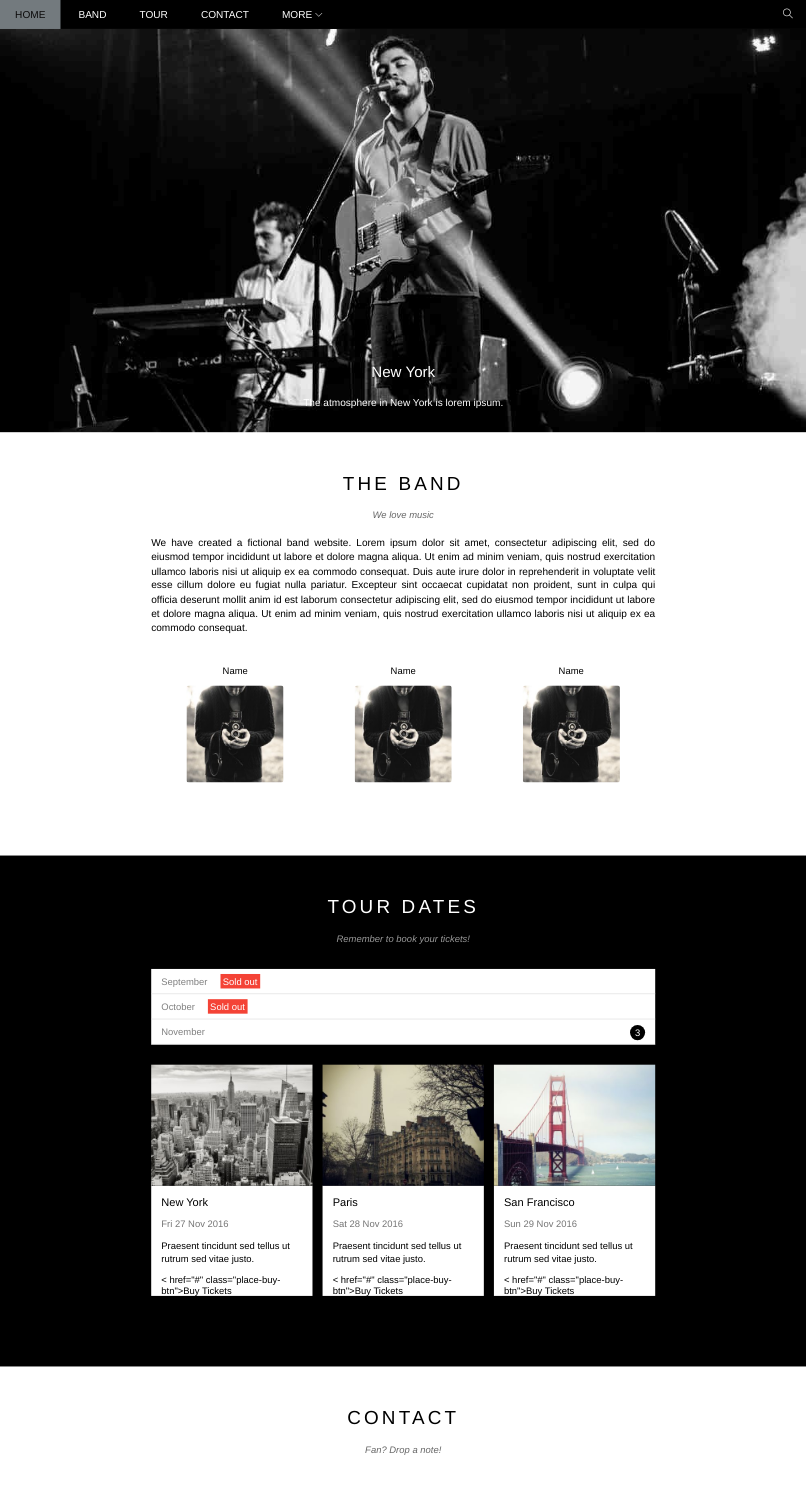
Repository: anhviet-key/hello-cac-ban
Page: HTMS_CSS ZERO 0/index.html
An editor plug-in stored every save of this project. The page is shown before and after the next save, followed by the edit.
The browser window is 1280 px wide. The pictures show the whole page, at 63% of full size.

Above is the page before, as saved 2021-10-08 13:25:22.

### HTMS_CSS ZERO 0/index.html
<!DOCTYPE html>
<html lang="en">

<head>
    <meta charset="UTF-8">
    <meta http-equiv="X-UA-Compatible" content="IE=edge">
    <meta name="viewport" content="width=device-width, initial-scale=1.0">
    <title>Document</title>
    <link rel="stylesheet" href="./assets/css/style.css">
    <link rel="stylesheet" href="./assets/icon/themify-icons/themify-icons.css">
</head>

<body>
    <!--TODO: Let`s go-->
    <div id="main">
        <div id="header">
            <ul id="nav">
                <li>
                    <a href="#">Home</a>
                </li>
                <li>
                    <a href="#">Band</a>
                </li>
                <li>
                    <a href="#">Tour</a>
                </li>
                <li>
                    <a href="#">Contact</a>
                </li>
                <li>
                    <a href="#">
                        More
                        <i class="nav-down ti-angle-down"></i>
                    </a>
                    <ul class="subnav">
                        <li>
                            <a href="">Merchandise</a>
                        </li>
                        <li>
                            <a href="">Extras</a>
                        </li>
                        <li>
                            <a href="">Media</a>
                        </li>
                    </ul>
                </li>
            </ul>
            <div class="search-btn">
                <i class="search-icon ti-search"></i>
            </div>
        </div>
        <div id="slider">
            <div class="text-content">
                <h2 class="text-heading">New York</h2>
                <p class="text-decoration">The atmosphere in New York is lorem ipsum.</p>
            </div>
        </div>
        <div id="content">
            <!-- The band -->
            <div class="content-section">
                <h2 class="section-heading">THE BAND</h2>
                <p class="sub-heading">We love music</p>
                <p class="about-text">We have created a fictional band website. Lorem ipsum dolor sit amet, consectetur adipiscing elit, sed do eiusmod tempor incididunt ut labore et dolore magna aliqua. Ut enim ad minim veniam, quis nostrud exercitation ullamco laboris nisi
                    ut aliquip ex ea commodo consequat. Duis aute irure dolor in reprehenderit in voluptate velit esse cillum dolore eu fugiat nulla pariatur. Excepteur sint occaecat cupidatat non proident, sunt in culpa qui officia deserunt mollit anim
                    id est laborum consectetur adipiscing elit, sed do eiusmod tempor incididunt ut labore et dolore magna aliqua. Ut enim ad minim veniam, quis nostrud exercitation ullamco laboris nisi ut aliquip ex ea commodo consequat.</p>
                <div class="member-list">
                    <div class="member-item">
                        <p class="member-name">Name</p>
                        <img src="./assets/img/bandmember.jpg" alt="error" class="member-img">
                    </div>
                    <div class="member-item">
                        <p class="member-name">Name</p>
                        <img src="./assets/img/bandmember.jpg" alt="error" class="member-img">
                    </div>
                    <div class="member-item">
                        <p class="member-name">Name</p>
                        <img src="./assets/img/bandmember.jpg" alt="error" class="member-img">
                    </div>
                    <div class="clear"></div>
                </div>
            </div>
            <!-- Tour -->
            <div class="tour-section">
                <div class="content-section">
                    <h2 class="section-heading">TOUR DATES</h2>
                    <p class="sub-heading">Remember to book your tickets!</p>
                    <!-- Tickit  -->
                    <ul class="ticket-list">
                        <li>September <span class="Sold-out">Sold out</span></li>
                        <li>October <span class="Sold-out">Sold out</span></li>
                        <li>November <span class="quantity">3</span></li>
                    </ul>
                    <!-- Places   -->
                    <div class="place-list">
                        <div class="place-item">
                            <img src="./assets/img/Places/newyork.jpg" alt="newyork" class="place-img">
                            <div class="place-content">
                                <h3 class="place-heading">New York</h3>
                                <p class="place-time">Fri 27 Nov 2016</p>
                                <p class="place-desc">Praesent tincidunt sed tellus ut rutrum sed vitae justo.</p>
                                < href="#" class="place-buy-btn">Buy Tickets
                                    </>
                            </div>
                        </div>
                        <div class="place-item">
                            <img src="./assets/img/Places/paris.jpg" alt="paris" class="place-img">
                            <div class="place-content">
                                <h3 class="place-heading">Paris</h3>
                                <p class="place-time">Sat 28 Nov 2016</p>
                                <p class="place-desc">Praesent tincidunt sed tellus ut rutrum sed vitae justo.</p>
                                < href="#" class="place-buy-btn">Buy Tickets
                                    </>
                            </div>
                        </div>
                        <div class="place-item">
                            <img src="./assets/img/Places/sanfran.jpg" alt="sanfran" class="place-img">
                            <div class="place-content">
                                <h3 class="place-heading">San Francisco</h3>
                                <p class="place-time">Sun 29 Nov 2016</p>
                                <p class="place-desc">Praesent tincidunt sed tellus ut rutrum sed vitae justo.</p>
                                < href="#" class="place-buy-btn">Buy Tickets
                                    </>
                            </div>
                        </div>
                        <div class="clear"></div>
                    </div>

                </div>
            </div>
            <!-- Contact -->
            <div class="content-section">
                <h2 class="section-heading">CONTACT</h2>
                <p class="sub-heading">Fan? Drop a note!</p>
            </div>
        </div>
        <div id="footer">
            <div>

            </div>
        </div>

    </div>
    <div class="model">
        <div class="model-container">
            <div class="model-close">
                <i class="ti-close"></i>
            </div>
            <header class="model-header">
                <i class="ti-bag"></i> Tickets
            </header>
            <div class="model-body">
                <label for="tiket-number" class="model-label">
                    <i class="ti-shopping-cart"></i>
                    Tickets, $15 per person
                </label>
                <input id="tiket-number" class="model-input" placeholder="How many?"></input>

                <label for="tiket-email" class="model-label">
                    <i class="ti-user"></i>
                    Send to
                </label>
                <input id="tiket-email" class="model-input" placeholder="Enter emal..."></input>
                <button id="buy-tickets">
                    Pay
                    <i class="ti-check"></i>
                </button>
            </div>
            <footer class="model-footer">
                <p class="model-help">Need
                    <a href="#">help?</a>
                </p>
            </footer>
        </div>
    </div>
</body>

</html>

### HTMS_CSS ZERO 0/assets/css/style.css
* {
    margin: 0;
    padding: 0;
    box-sizing: border-box;
}

html {
    font-family: helvetica, arial, sans-serif;
}

.clear {
    clear: both;
}

#main {}

#header {
    height: 46px;
    background-color: black;
    position: sticky;
    top: 0;
    left: 0;
    right: 0;
    z-index: 1;
    /* fixed, width: 100%; */
}

#nav {
    display: inline-block;
}

#nav,
.subnav {
    list-style-type: none;
}

#nav>li {
    display: inline-block;
    position: relative;
}

#nav>li>a {
    color: #fff;
    text-transform: uppercase;
}

#nav li a {
    /* color: #fff; */
    text-decoration: none;
    line-height: 46px;
    padding: 0px 24px;
    display: block;
}

#nav>li:hover>a,
#nav .subnav li:hover a {
    color: rgb(12, 11, 11);
    background-color: rgb(115, 122, 126);
}

#nav .subnav {
    display: none;
    position: absolute;
    background-color: #fff;
    box-shadow: 0 0 10px rgba(0, 0, 0, 0.3);
    min-width: 160px;
}

#nav .subnav a {
    color: black;
    padding: 0px 12px;
    line-height: 38px;
}

#header .search-icon {
    color: #fff;
    /* font-size: 25px; */
}

#header .search-btn {
    line-height: 47px;
    float: right;
    padding: 0px 21px;
    cursor: pointer;
}

.search-btn:hover {
    background-color: #f44336;
}

#nav li:hover .subnav {
    display: block;
}

#nav .nav-down {
    font-size: 12px;
}

#slider {
    position: relative;
    padding-top: 50%;
    background: url('/assets/img/slider/chicago.jpg') top center /cover no-repeat;
}

#slider .text-content {
    position: absolute;
    bottom: 38px;
    color: #fff;
    width: 100%;
    text-align: center;
}

#slider .text-heading {
    font-weight: 400;
    font-size: 24px;
}

#slider .text-decoration {
    margin-top: 25px;
}

#content {
    height: 1000px;
    background-color: white;
}

#content .content-section {
    width: 800px;
    margin-left: auto;
    margin-right: auto;
    padding: 64px 0px;
}

#content .section-heading {
    font-weight: 500;
    font-size: 30px;
    text-align: center;
    letter-spacing: 5px;
}

#content .sub-heading {
    font-size: 15px;
    text-align: center;
    margin-top: 25px;
    font-style: italic;
    opacity: 0.6;
}

#content .about-text {
    margin-top: 25px;
    text-align: justify;
    line-height: 1.4;
}

#content .member-list {
    padding: 48px 0px;
}

#content .member-item {
    float: left;
    width: calc(100%/3);
    text-align: center;
}

#content .member-name {
    font-size: 15px;
}

#content .member-img {
    margin-top: 15px;
    width: 154px;
    border-radius: 4px;
}

.tour-section {
    background-color: black;
    color: white;
}

.ticket-list {
    background-color: white;
    color: gray;
    list-style-type: none;
    margin-top: 40px;
}

.ticket-list li {
    font-size: 15px;
    padding: 11px 16px;
    border-bottom: 1px solid #ddd;
}

.ticket-list .Sold-out {
    background-color: #f44336;
    color: white;
    padding: 3px 4px;
    margin-left: 16px;
}

.ticket-list .quantity {
    float: right;
    background-color: black;
    width: 24px;
    height: 24px;
    border-radius: 50%;
    color: white;
    text-align: center;
    line-height: 24px;
    margin-top: -2px;
}

.place-list {
    margin: 32px -8px 48px;
}

.place-item {
    /* padding: 0px 16px; */
    float: left;
    width: calc(100%/3);
    padding: 0px 8px;
}

.place-img:hover {
    opacity: 0.6;
}

.place-img {
    width: 100%;
    display: block;
}

.place-content {
    background-color: white;
    color: black;
    padding: 16px 16px 0px 16px;
    font-size: 15px;
}

.place-heading {
    font-weight: 500;
}

.place-time {
    margin: 15px 0px;
    color: #757575;
}

.place-desc {
    margin: 15px 0px;
    line-height: 1.4;
}

.place-buy-btn {
    padding: 10px 15px;
    background-color: rgb(0, 0, 0);
    text-decoration: none;
    color: #fff;
    display: inline-block;
    margin-bottom: 16px;
}

.place-buy-btn:hover {
    background-color: #ccc;
    color: black;
}

.model {
    position: fixed;
    left: 0;
    right: 0;
    top: 0;
    bottom: 0;
    background-color: rgba(0, 0, 0, 0.4);
    align-items: center;
    justify-content: center;
    display: none;
}

.model.open {
    display: flex;
}

.model-container {
    background-color: #fff;
    width: 900px;
    max-width: calc(100% - 32px);
    /*thu lớn nhỏ và calc(100% - 32px) 32px là khoan trắng 2 bên model 16+16 */
    min-height: 200px;
    position: relative;
}

.ti-bag {
    margin-right: 16px;
}

.model-header {
    font-size: 30px;
    background-color: #009688;
    height: 130px;
    display: flex;
    align-items: center;
    justify-content: center;
    color: #fff;
}

.model-close {
    position: absolute;
    right: 0;
    top: 0;
    color: #fff;
    padding: 12px;
    cursor: pointer;
    opacity: 0.6;
}

.model-close:hover {
    opacity: 1;
}

.model-body {
    padding: 16px;
}

.model-label {
    font-size: 15px;
    display: block;
    margin-bottom: 12px;
}

.model-input {
    border: 1px solid #ccc;
    width: 100%;
    padding: 10px;
    margin-bottom: 24px;
}

#buy-tickets {
    background-color: #009688;
    border: none;
    width: 100%;
    font-size: 15px;
    text-transform: uppercase;
    padding: 18px;
    color: #fff;
    cursor: pointer;
}

#buy-tickets:hover {
    opacity: 0.9;
}

.model-footer {
    padding: 16px;
    text-align: right;
}

.model-footer a {
    /* text-decoration: none; */
    color: blue;
}

# #footer

Loaded but not shown: HTMS_CSS ZERO 0/assets/icon/themify-icons/themify-icons.css (common file)

After the next save:
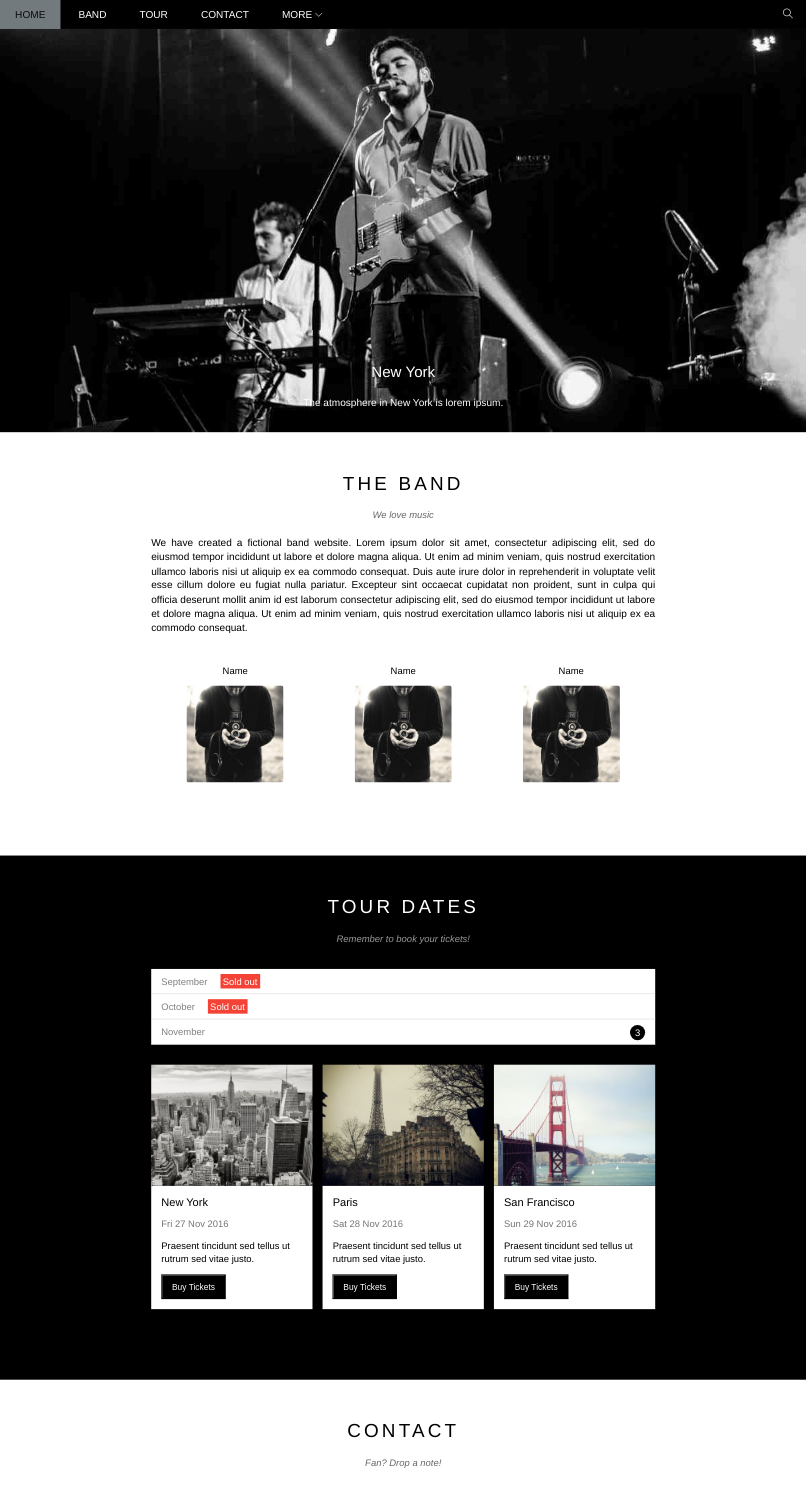
Saved 18 s later.
--- a/HTMS_CSS ZERO 0/index.html
+++ b/HTMS_CSS ZERO 0/index.html
@@ -98,8 +98,7 @@
                                 <h3 class="place-heading">New York</h3>
                                 <p class="place-time">Fri 27 Nov 2016</p>
                                 <p class="place-desc">Praesent tincidunt sed tellus ut rutrum sed vitae justo.</p>
-                                < href="#" class="place-buy-btn">Buy Tickets
-                                    </>
+                                <Button href="#" class="place-buy-btn">Buy Tickets</>
                             </div>
                         </div>
                         <div class="place-item">
@@ -108,8 +107,7 @@
                                 <h3 class="place-heading">Paris</h3>
                                 <p class="place-time">Sat 28 Nov 2016</p>
                                 <p class="place-desc">Praesent tincidunt sed tellus ut rutrum sed vitae justo.</p>
-                                < href="#" class="place-buy-btn">Buy Tickets
-                                    </>
+                                <Button href="#" class="place-buy-btn">Buy Tickets</>
                             </div>
                         </div>
                         <div class="place-item">
@@ -118,8 +116,7 @@
                                 <h3 class="place-heading">San Francisco</h3>
                                 <p class="place-time">Sun 29 Nov 2016</p>
                                 <p class="place-desc">Praesent tincidunt sed tellus ut rutrum sed vitae justo.</p>
-                                < href="#" class="place-buy-btn">Buy Tickets
-                                    </>
+                                <Button href="#" class="place-buy-btn">Buy Tickets</>
                             </div>
                         </div>
                         <div class="clear"></div>
@@ -164,14 +161,14 @@
                     Pay
                     <i class="ti-check"></i>
                 </button>
-            </div>
-            <footer class="model-footer">
-                <p class="model-help">Need
-                    <a href="#">help?</a>
-                </p>
-            </footer>
-        </div>
-    </div>
+                            </div>
+                            <footer class="model-footer">
+                                <p class="model-help">Need
+                                    <a href="#">help?</a>
+                                </p>
+                            </footer>
+                        </div>
+                    </div>
 </body>
 
 </html>
